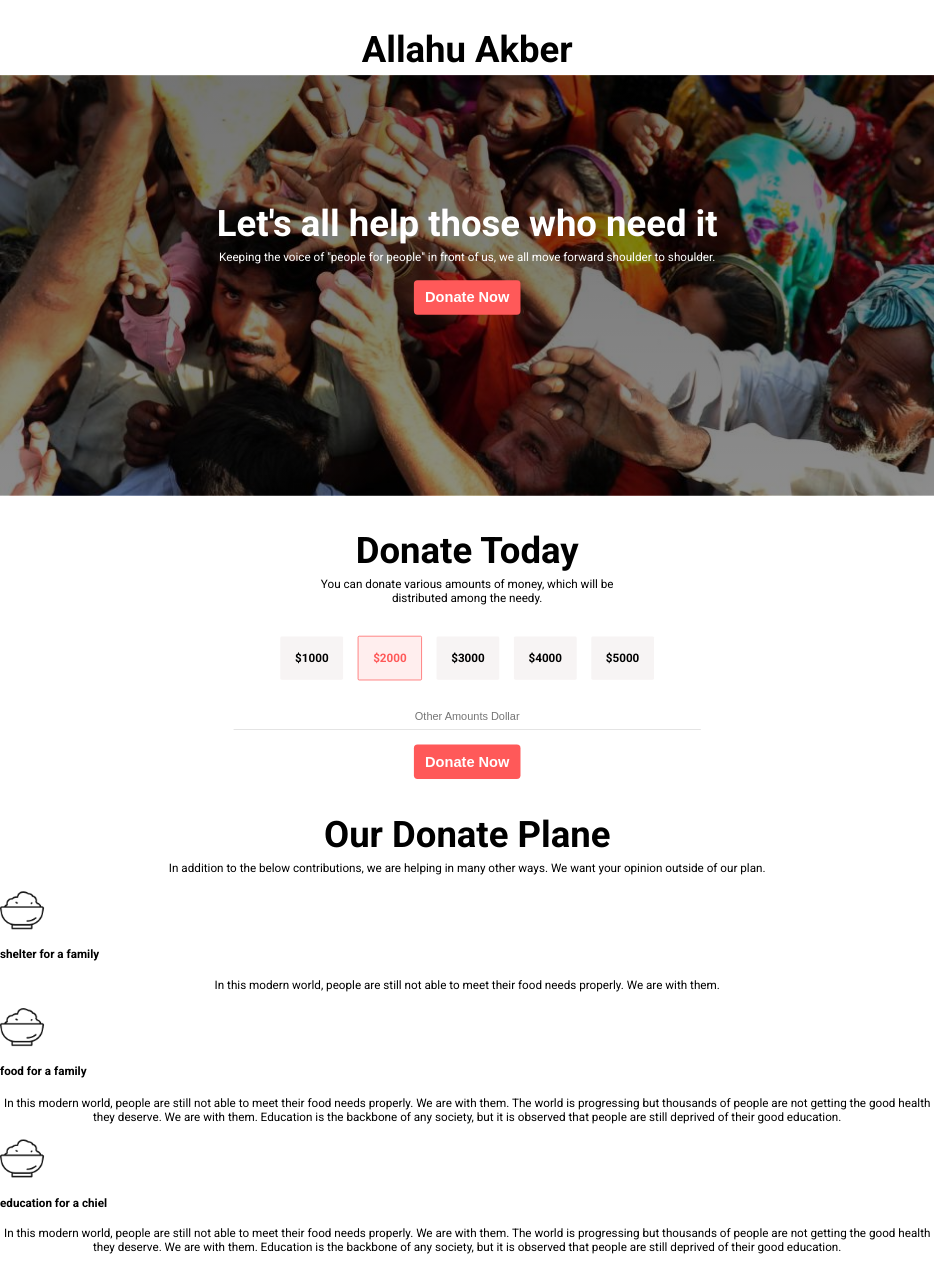
Repository: zjria/suppert-the-helpness
Page: index.html
An editor plug-in stored every save of this project. The page is shown before and after the next save, followed by the edit.
The browser window is 1280 px wide. The pictures show the whole page, at 73% of full size.

Above is the page before, as saved 2022-08-26 10:40:33.

### index.html
<!DOCTYPE html>
<html lang="en">

<head>
    <meta charset="UTF-8">
    <meta http-equiv="X-UA-Compatible" content="IE=edge">
    <meta name="viewport" content="width=device-width, initial-scale=1.0">
    <title>Support the helpless</title>
    <!-- Google Fonts -->
    <link rel="preconnect" href="https://fonts.googleapis.com">
    <link rel="preconnect" href="https://fonts.gstatic.com" crossorigin>
    <link href="https://fonts.googleapis.com/css2?family=Roboto:wght@100;300;400;500;700;900&display=swap"
        rel="stylesheet">
    <!-- Custom CSS -->
    <link rel="stylesheet" href="style.css">
</head>

<body>
    <h1>Allahu Akber</h1>
    <!-- Header Section -->
    <section class="header_section">
        <div class="header-text">
            <h1>Let's all help those who need it</h1>
            <p>Keeping the voice of "people for people" in front of us, we all move forward shoulder to shoulder.</p>
            <button class="button-style">Donate Now</button>
        </div>
    </section>
    <!-- Donate today Section -->
    <section class="donate-today">
        <h1>Donate Today</h1>
        <p>You can donate various amounts of money, which will be <br> distributed among the needy.</p>
        <div class="amounts">
            <div class="dollar">$1000</div>
            <div class="dollar" id="second">$2000</div>
            <div class="dollar">$3000</div>
            <div class="dollar">$4000</div>
            <div class="dollar">$5000</div>
        </div>
        <div class="input-field">
            <input type="text" placeholder="Other Amounts Dollar">
            <div class="line-style">
            </div>
            <button class="button-style">Donate Now</button>
        </div>
    </section>
    <!-- Our Donate Plane Section -->
    <section class="donate-lane">
        <h1>Our Donate Plane</h1>
        <p>In addition to the below contributions, we are helping in many other ways. We want your opinion outside of
            our plan.</p>

        <div class="plane">
            <img src="images/food.png" alt="">
            <h4>shelter for a family</h4>
            <p>In this modern world, people are still not able to meet their food needs properly. We are with them.
            </p>
        </div>
        <div class="plane">
            <img src="images/food.png" alt="">
            <h4>food for a family</h4>
            <p>In this modern world, people are still not able to meet their food needs properly. We are with them.

                The world is progressing but thousands of people are not getting the good health they deserve. We are
                with them.

                Education is the backbone of any society, but it is observed that people are still deprived of their
                good education.
            </p>
        </div>
        <div class="plane">
            <img src="images/food.png" alt="">
            <h4>education for a chiel</h4>
            <p>In this modern world, people are still not able to meet their food needs properly. We are with them.

                The world is progressing but thousands of people are not getting the good health they deserve. We are
                with them.

                Education is the backbone of any society, but it is observed that people are still deprived of their
                good education.
            </p>
        </div>

    </section>
</body>

</html>

### style.css
body {
    font-family: 'Roboto', sans-serif;
    margin: 0%;
    padding: 0%;
}

/* Header Section */
.header_section {
    background-image: linear-gradient(rgb(0, 0, 0, 0.55), rgb(0, 0, 0, 0.45)), url(images/header.jpg);
    background-position: center;
    background-size: cover;
    width: 100%;
    height: 80vh;
    color: white;
}

.header-text {
    margin: auto;
    justify-content: center;
    align-items: center;
    padding-top: 10%;
}

h1 {
    font-size: 50px;
    padding: 5px;
    margin-bottom: 1px;
    text-align: center;

}

p {
    font-size: 16px;
    padding: 2px;
    margin: 0px 0px 20px 0px;
    font: bolder;
    text-align: center;

}

.button-style {
    font-size: 20px;
    padding: 12px 15px;
    background-color: #ff5959;
    color: white;
    border-radius: 5px;
    border: none;
    font-weight: 700;
    text-align: center;
    align-items: center;
    justify-content: center;
    margin: 0 auto;
    display: flex;
}


/* donate-today */
.amounts {
    display: flex;
    margin: auto;
    align-items: center;
    text-align: center;
    justify-content: center;
}

.dollar {
    padding: 20px;
    background: rgb(247, 244, 244);
    margin: 20px 10px 30px 10px;
    border-radius: 2px;
    font-weight: bold;
}

.dollar#second {
    border: 1px solid #ff5959;
    background: #ffeeee;
    transition: none;
    transform: none;
    color: #ff5959;
    font-weight: bold;
}

.input-field input {
    text-align: center;
    align-items: center;
    margin: 0 auto;
    display: flex;
    border: 0;
    padding: 10px 15px;
    width: 50%;
    font-size: 15px;
}

.input-field .line-style {
    width: 50%;
    text-align: center;
    align-items: center;
    margin: 0 auto;
    content: '';
    background-color: #dadada;
    color: #dadada;
    height: 1px;
    margin-bottom: 20px;
}

After the next save:
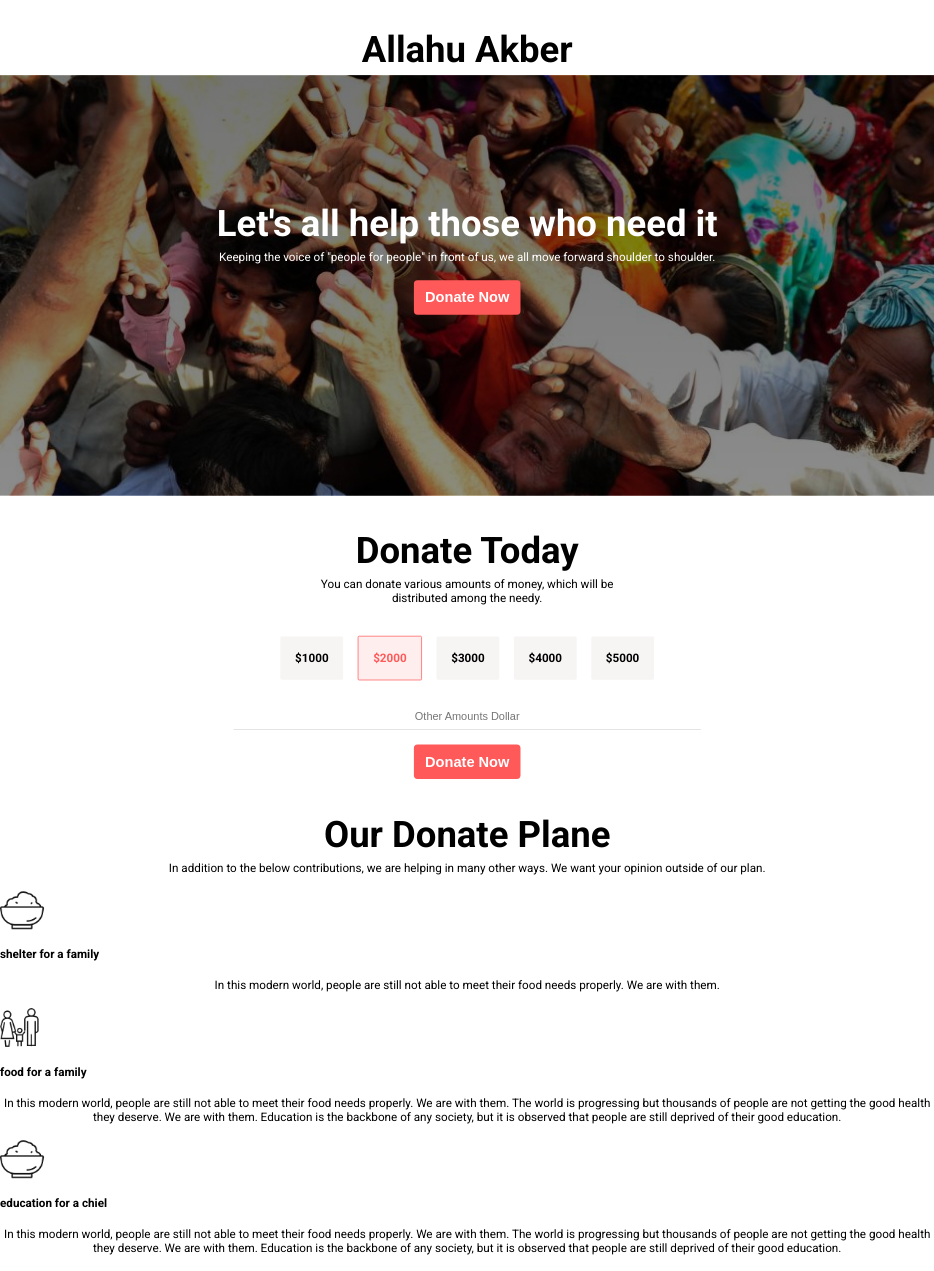
Saved 9 s later.
--- a/index.html
+++ b/index.html
@@ -56,7 +56,7 @@
             </p>
         </div>
         <div class="plane">
-            <img src="images/food.png" alt="">
+            <img src="images/shelter.png" alt="">
             <h4>food for a family</h4>
             <p>In this modern world, people are still not able to meet their food needs properly. We are with them.
 
